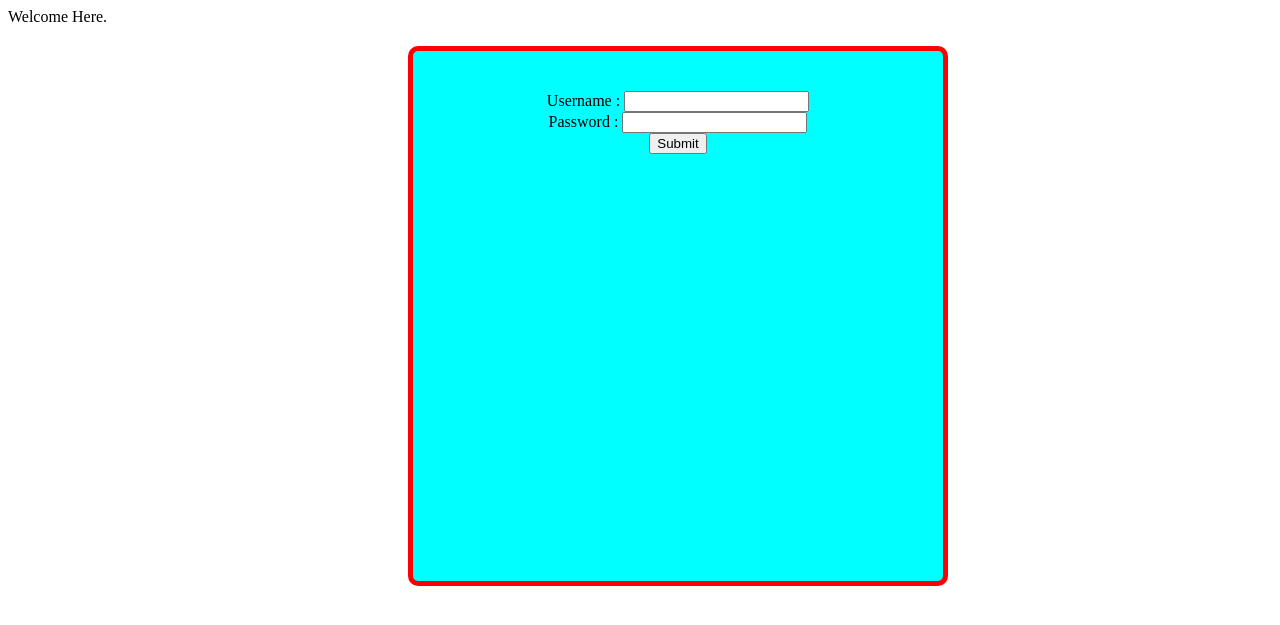
Repository: sunil965/JavaRepo
Page: WebProject/WebContent/index.html
These files come from the project's save history. The page is drawn as it stood at one moment and after the next save; the edit follows.
The browser window is 1280 px wide. The pictures show the whole page.

Above is the page before, as saved 2017-04-26 11:05:45.

After the next save:
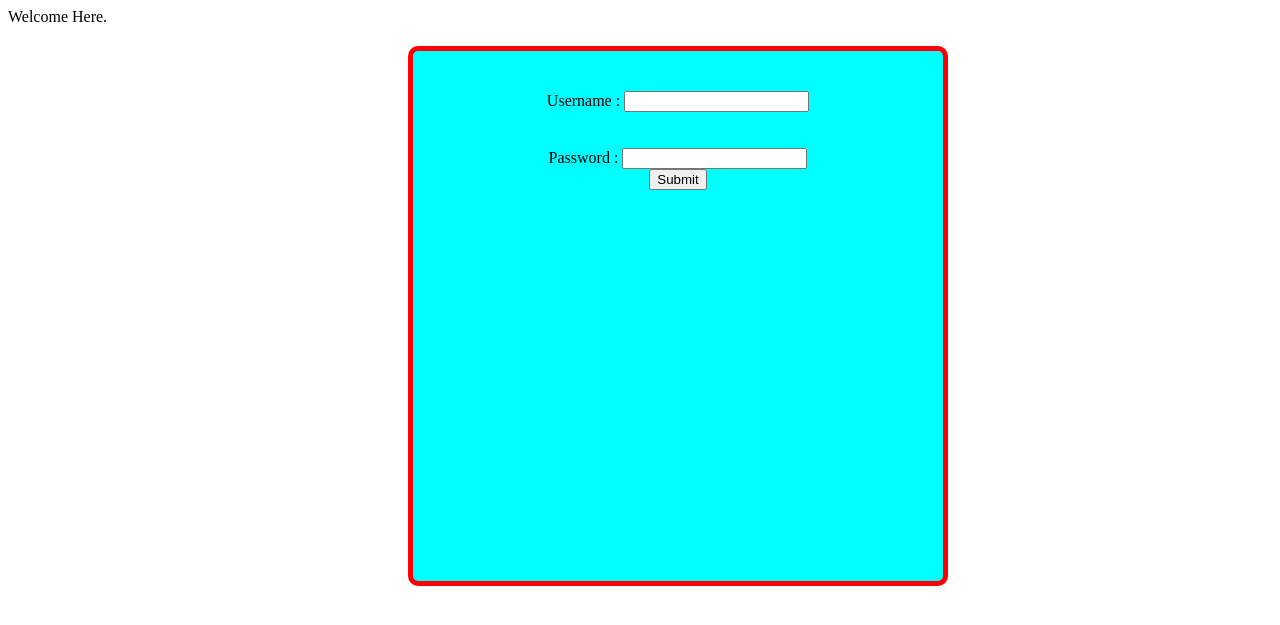
Saved 35 s later.
--- a/WebProject/WebContent/index.html
+++ b/WebProject/WebContent/index.html
@@ -16,6 +16,7 @@
    border-radius: 10px;
 
 
+
 }
 </style>
 <body>
@@ -25,7 +26,7 @@
 <div class="div">
 <center>
 <form action="LoginServlet" method="get">
-Username : <input type="text" id="name"><br>
+Username : <input type="text" id="name"><br><br><br>
 Password : <input type="password" id="name"><br>
 <input type="submit">
 </form>
